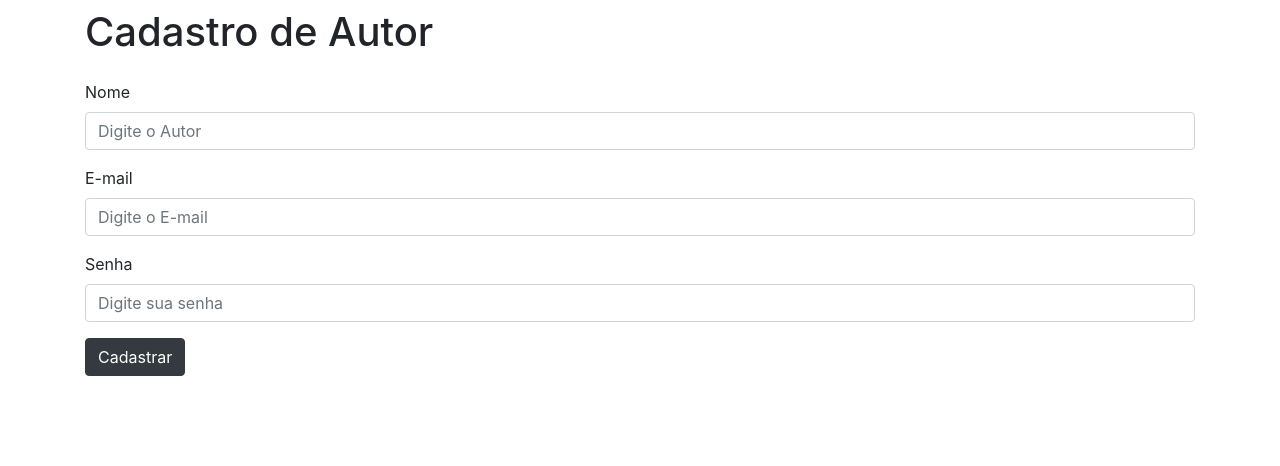
Repository: wellersonfc/simple-crud-react
Page: /
These files come from the project's save history. The page is drawn as it stood at one moment and after the next save; the edit follows.
The browser window is 1280 px wide. The pictures show the whole page.
The project was rebuilt for these pictures with package versions that can differ from the ones it lists, and the page was loaded fresh each time.

Above is the page before, as saved 2019-09-22 16:12:24.

### src/App.js
import React, {Component} from 'react';
import logo from './logo.svg';
import 'bootstrap/dist/css/bootstrap.min.css';

class App extends Component {

  constructor(){
    super();
    this.state = {Lista : [{nome:'Luiz',email:'luiz@gosto.com', senha:'123456'}]};
  }

  render(){
    return(
      <div class="container">
        <h1 className="pt-2">Cadastro de Autor</h1>

        <div className="form-cadastro pt-3">
          <form>
            <div class="form-group">
              <label for="exampleInputEmail1">Nome</label>
              <input id="nome" class="form-control" type="text" name="nome" value=""  placeholder="Digite o Autor"/>
            </div>
            <div class="form-group">
              <label for="exampleInputEmail1">E-mail</label>
              <input id="email" class="form-control" type="email" name="email" value=""  placeholder="Digite o E-mail"/>
            </div>
            <div class="form-group">
              <label for="senha">Senha</label>
              <input type="password" class="form-control" id="senha" placeholder="Digite sua senha"/>
            </div>
            <button type="submit" class="btn btn-dark">Cadastrar</button>
          </form>
        </div>
        <div className="listagem">
          <table className="table">
            <thead></thead>
            <tbody></tbody>
          </table>
        </div>
      </div>
    );
  }
}


export default App;

Loaded but not shown: public/index.html (common file); src/index.js (common file); src/index.css (common file); src/serviceWorker.js (common file)

After the next save:
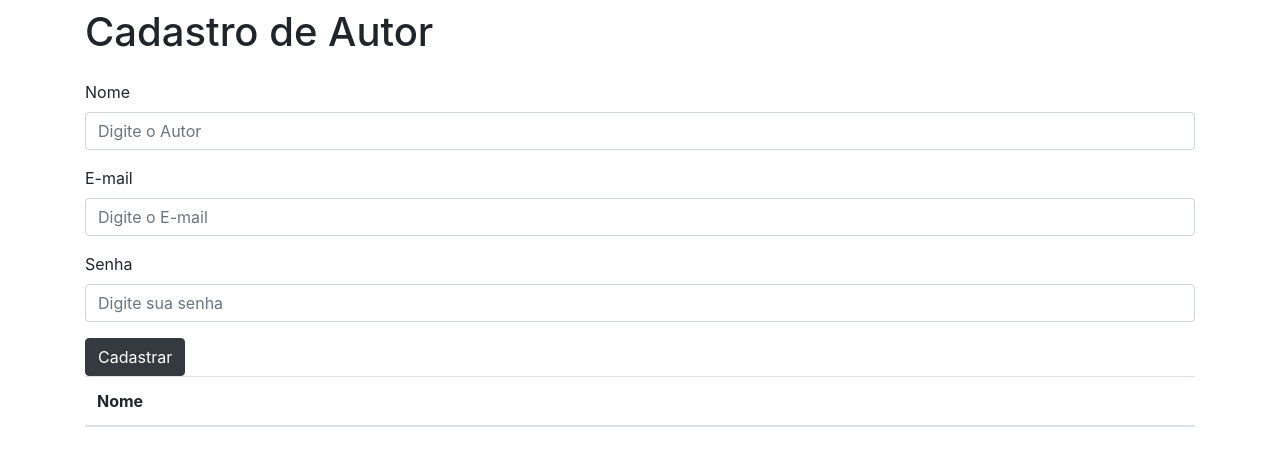
Saved 62 s later.
--- a/src/App.js
+++ b/src/App.js
@@ -33,8 +33,17 @@ class App extends Component {
         </div>
         <div className="listagem">
           <table className="table">
-            <thead></thead>
-            <tbody></tbody>
+            <thead>
+              <tr>
+                <th>Nome</th>
+                <th></th>
+              </tr>
+            </thead>
+            <tbody>
+                <tr>
+                  <td></td>
+                </tr>
+            </tbody>
           </table>
         </div>
       </div>
